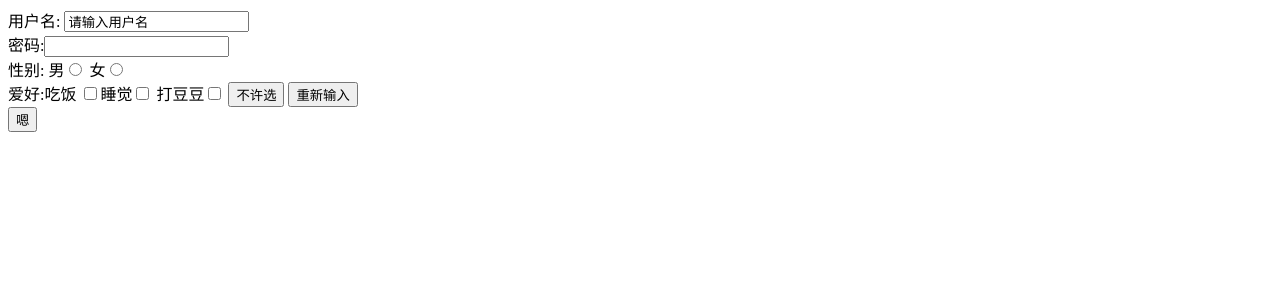
Repository: Qwenicq/My_project
Page: html/HTML_learning/4_list.html
The author's editor kept a copy of each file at every save. The page is drawn from the files as they stood at one save, then again after the next save.
The browser window is 1280 px wide. The pictures show the whole page.

Above is the page before, as saved 2023-03-29 20:51:01.

After the next save:
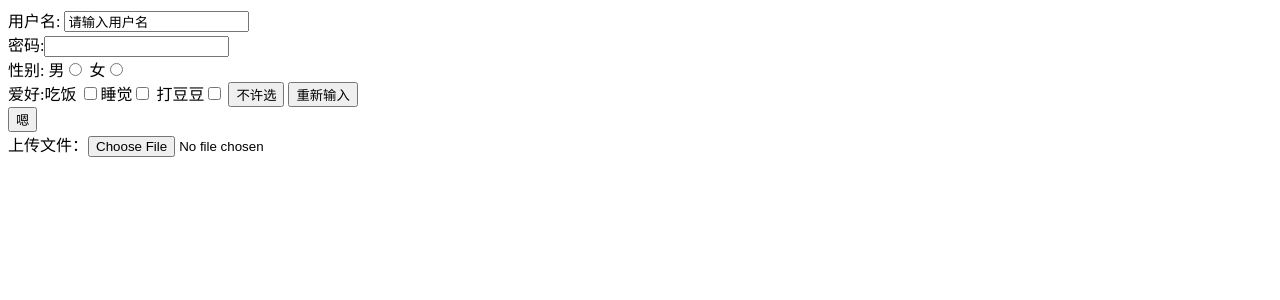
Saved 2 min 12 s later.
--- a/html/HTML_learning/4_list.html
+++ b/html/HTML_learning/4_list.html
@@ -20,7 +20,11 @@
 <!-- 单选按钮和复选框可以设置checked属性,当打开当前页面时就会勾选 -->
       <input type="submit" value="不许选">
       <input type="reset" value="重新输入"><br />
-      <input type="button" value="嗯">
+      <input type="button" value="嗯"><br>
+       <!-- 我是普通按钮，后期搭配js使用 -->
+       上传文件：<input type="file">
+       <!-- 我是文件域 上传文件时使用 -->
+
     </form>
 </body>
 </html>
